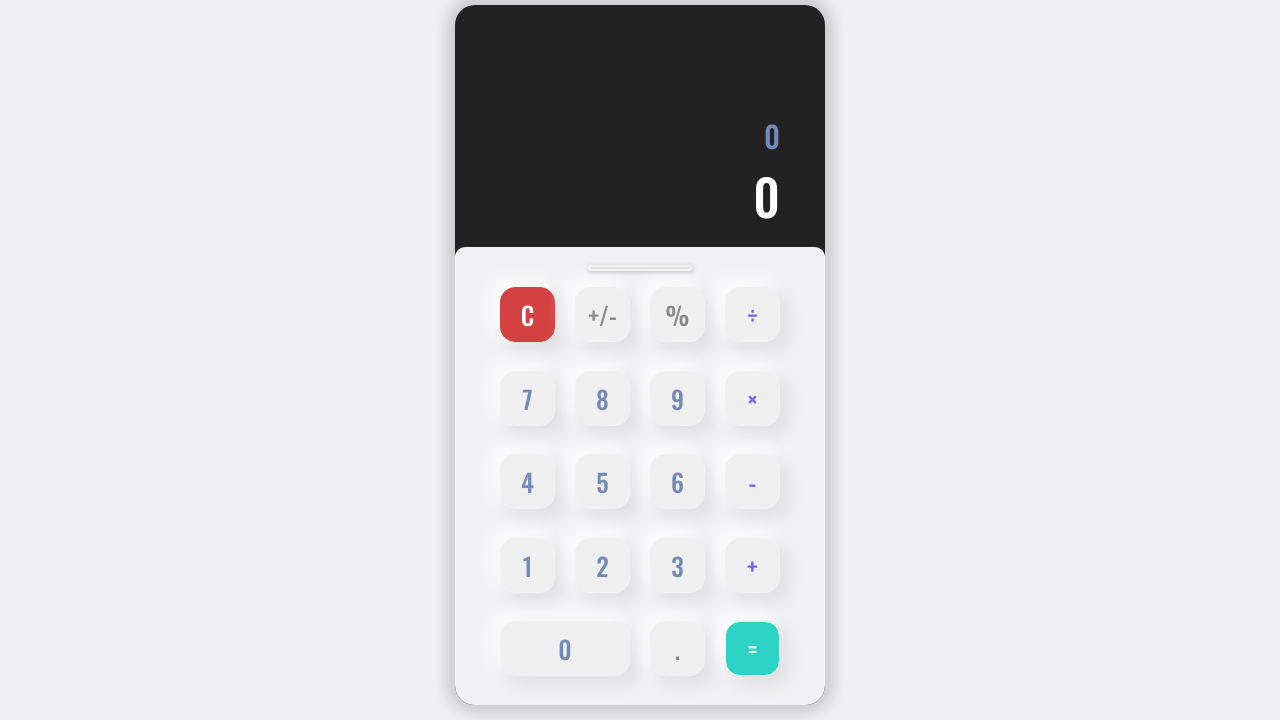
Repository: BrunoBross/calculator
Page: index.html
An editor plug-in stored every save of this project. The page is shown before and after the next save, followed by the edit.
The browser window is 1280 px wide. The pictures show the whole page.

Above is the page before, as saved 2021-12-01 02:22:49.

After the next save:
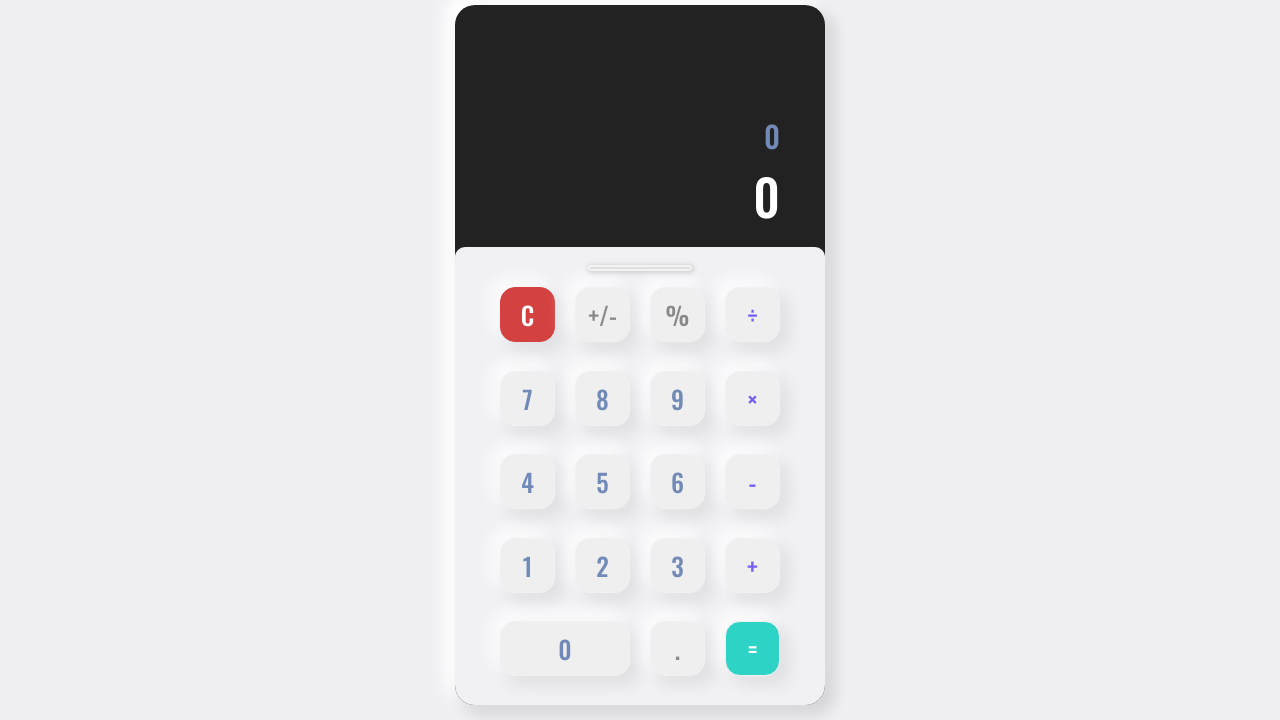
Saved 14 h 45 min later.
--- a/style.css
+++ b/style.css
@@ -22,7 +22,7 @@ main{
   width: 370px;
   height: 700px;
   border-radius: 20px;
-  box-shadow: 0 0 15px 8px #0000002a;
+  box-shadow: 8px 8px 15px 3px #0000001c, -8px -8px 15px 3px #ffffff;
 }
 
 .view{
